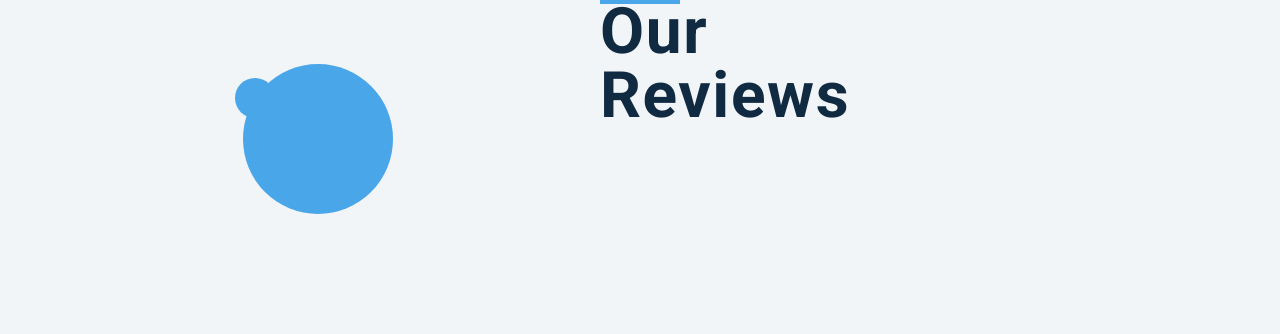
Repository: hseunghwan/practice-vanilla-javascript
Page: Carousel/Carousel.html
An editor plug-in stored every save of this project. The page is shown before and after the next save, followed by the edit.
The browser window is 1280 px wide. The pictures show the whole page.

Above is the page before, as saved 2023-05-10 20:16:55.

After the next save:
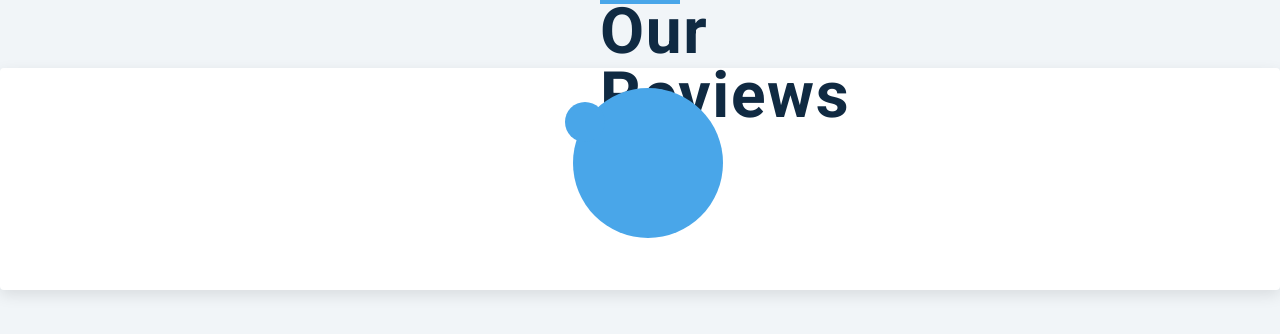
Saved 47 s later.
--- a/Carousel/Carousel.html
+++ b/Carousel/Carousel.html
@@ -8,7 +8,7 @@
     <body>
         <div class="main">
             <h1 class="title underline">Our Reviews</h1>
-            <div class="container">
+            <div class="review">
                 <div class="img-container"></div>
             </div>
         </div>
